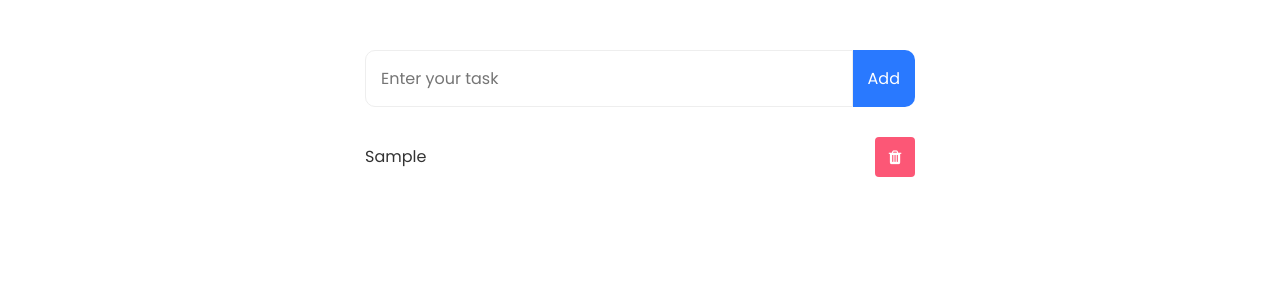
Repository: thuan711/All-about-JS
Page: todo-list.html
An editor plug-in stored every save of this project. The page is shown before and after the next save, followed by the edit.
The browser window is 1280 px wide. The pictures show the whole page.
Empty fields were first filled with sample values (such as "Sample", 5 or name@example.com).
After loading, the first visible `form.todo-form` was submitted once.

Above is the page before, as saved 2022-12-29 10:10:47.

### todo-list.html
<!DOCTYPE html>
<html lang="en">
  <head>
    <meta charset="UTF-8" />
    <meta http-equiv="X-UA-Compatible" content="IE=edge" />
    <title>Todo list</title>
    <link rel="preconnect" href="https://fonts.gstatic.com" />
    <link
      href="https://fonts.googleapis.com/css2?family=Poppins:wght@400;600&display=swap"
      rel="stylesheet"
    />
    <link
      rel="stylesheet"
      href="https://cdnjs.cloudflare.com/ajax/libs/font-awesome/4.7.0/css/font-awesome.min.css"
      integrity="sha512-SfTiTlX6kk+qitfevl/7LibUOeJWlt9rbyDn92a1DqWOw9vWG2MFoays0sgObmWazO5BQPiFucnnEAjpAB+/Sw=="
      crossorigin="anonymous"
    />
    <style>
        html {
            box-sizing: border-box;
          }
          * {
            margin: 0;
            padding: 0;
          }
          *,
          *:before,
          *:after {
            box-sizing: border-box;
          }
          input,
          textarea,
          select,
          button {
            outline: none;
          }
          input {
            line-height: normal;
          }
          label,
          button {
            cursor: pointer;
          }
          a {
            text-decoration: none;
          }
          img {
            display: block;
            max-width: 100%;
          }
          *,
          *:before,
          *:after {
            box-sizing: border-box;
          }
          /* using rem unit */
          html {
            font-size: 62.5%;
          }
          a {
            text-decoration: none;
          }
          img {
            display: block;
            max-width: 100%;
          }
          input,
          button,
          body {
            font-family: "Poppins", sans-serif;
            font-size: 16px;
            line-height: 1;
          }
          .todo {
            padding: 25px;
            margin: 25px auto;
            max-width: 600px;
          }
          .todo-form {
            width: 100%;
            display: flex;
          }
          .todo-submit {
            padding: 15px;
            border: 0;
            background-color: #2979ff;
            color: white;
            border-radius: 0 10px 10px 0;
            flex-shrink: 0;
          }
          .todo-input {
            width: 100%;
            border: 1px solid #eee;
            padding: 15px;
            border-radius: 10px 0 0 10px;
          }
          .todo-item {
            margin-top: 15px;
            display: flex;
            align-items: center;
            padding: 15px 0;
          }
          .todo-text {
            flex: 1;
            font-weight: 300;
            color: #333;
            display: inline-block;
            padding-right: 20px;
            white-space: nowrap;
            max-width: 100%;
            overflow: hidden;
            text-overflow: ellipsis;
            line-height: 1.4;
          }
          .todo-remove {
            flex-shrink: 0;
            width: 40px;
            height: 40px;
            background-color: #fc5776;
            color: white;
            border-radius: 4px;
            cursor: pointer;
            display: flex;
            justify-content: center;
            align-items: center;
          }
    </style>
  </head>
  <body>
    <div class="todo">
      <form class="todo-form" autocomplete="off">
        <input
          type="text"
          name="todo"
          placeholder="Enter your task"
          class="todo-input"
        />
        <button class="todo-submit" type="submit">Add</button>
      </form>
      <div class="todo-list">
        <!-- <div class="todo-item">
          <span class="todo-text">Learning english</span>
          <i class="fa fa-trash todo-remove" data-value="Learning english"></i>
        </div> -->
      </div>
    </div>
    <script src="event/todo-list.js"></script>
  </body>
</html>

### event/todo-list.js
window.addEventListener("load", function () {
    // Variables declaration
    const form = document.querySelector(".todo-form");
    const todoList = document.querySelector(".todo-list");
    let todos = JSON.parse(localStorage.getItem("todoList")) || [];
    // console.log("localStorage", localStorage);

    // console.log("todos", todos);
    if (Array.isArray(todos) && todos.length > 0) {
      [...todos].forEach((item) => createTodoItem(item));
    }
    function createTodoItem(title) {
      const template = `<div class="todo-item">
      <span class="todo-text">${title}</span>
      <i class="fa fa-trash todo-remove"></i>
    </div>`;
      todoList.insertAdjacentHTML("beforeend", template);
    }

    form.addEventListener("submit", function (e) {
      e.preventDefault();
      const todoVal = this.elements["todo"].value;
      if (!todoVal) return;
      // Main code
      createTodoItem(todoVal);
      todos.push(todoVal);
      localStorage && localStorage.setItem("todoList", JSON.stringify(todos));
      // save to localStorage
      this.elements["todo"].value = "";
    });

    // Handle remove todo
    todoList.addEventListener("click", function (e) {
      if (e.target.matches(".todo-remove")) {
        // remove todo in DOM
        const todo = e.target.parentNode;
        todo.parentNode.removeChild(todo);
        // remove todo in localStorage
        const todoText = e.target.previousElementSibling.textContent;
        const index = todos.findIndex((item) => item === todoText);
        todos.splice(index, 1);
        localStorage.setItem("todoList", JSON.stringify(todos));
      }
    });
  });

After the next save:
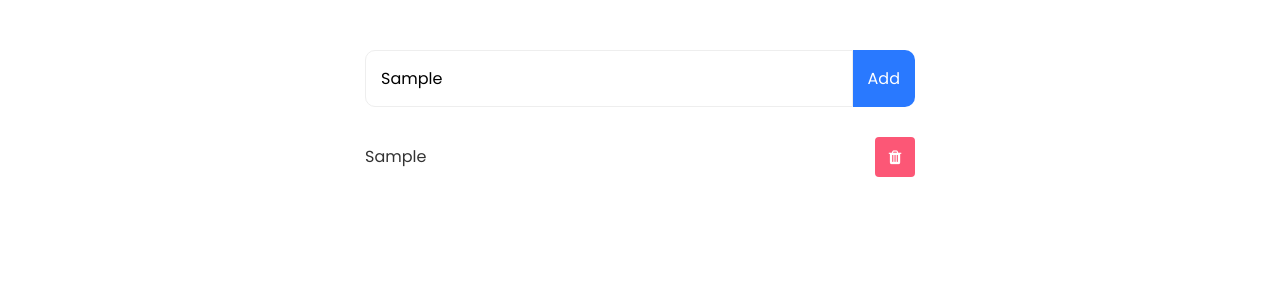
Console error: TypeError: Cannot read properties of null (reading 'push')
Saved 9 min 28 s later.
--- a/event/todo-list.js
+++ b/event/todo-list.js
@@ -1,45 +1,26 @@
-window.addEventListener("load", function () {
-    // Variables declaration
+window.addEventListener("load", function(){
     const form = document.querySelector(".todo-form");
     const todoList = document.querySelector(".todo-list");
-    let todos = JSON.parse(localStorage.getItem("todoList")) || [];
-    // console.log("localStorage", localStorage);
-
-    // console.log("todos", todos);
-    if (Array.isArray(todos) && todos.length > 0) {
-      [...todos].forEach((item) => createTodoItem(item));
+    let todos = localStorage ? JSON.parse(localStorage.getItem("todoList")) : [];
+    if(Array.isArray(todos) && todos.length > 0){
+        [...todos].forEach(item => createTodoItem(item));
     }
-    function createTodoItem(title) {
-      const template = `<div class="todo-item">
-      <span class="todo-text">${title}</span>
-      <i class="fa fa-trash todo-remove"></i>
-    </div>`;
-      todoList.insertAdjacentHTML("beforeend", template);
+    function createTodoItem (title){
+        const teamplate = `<div class="todo-item">
+        <span class="todo-text">${title}</span>
+        <i class="fa fa-trash todo-remove"></i>
+      </div>`;
+      todoList.insertAdjacentHTML("beforeend", teamplate);
     }
-
-    form.addEventListener("submit", function (e) {
-      e.preventDefault();
-      const todoVal = this.elements["todo"].value;
-      if (!todoVal) return;
-      // Main code
-      createTodoItem(todoVal);
-      todos.push(todoVal);
-      localStorage && localStorage.setItem("todoList", JSON.stringify(todos));
-      // save to localStorage
-      this.elements["todo"].value = "";
+    form.addEventListener("submit", function(e){
+        e.preventDefault();
+        const todoVal = this.elements["todo"].value;
+        if(!todoVal) return;
+        createTodoItem(todoVal);
+        todos.push(todoVal);
+        console.log(todos);
+        localStorage && localStorage.setItem("todoList", JSON.stringify(todos));
+        this.elements["todo"].value = "";
     });
 
-    // Handle remove todo
-    todoList.addEventListener("click", function (e) {
-      if (e.target.matches(".todo-remove")) {
-        // remove todo in DOM
-        const todo = e.target.parentNode;
-        todo.parentNode.removeChild(todo);
-        // remove todo in localStorage
-        const todoText = e.target.previousElementSibling.textContent;
-        const index = todos.findIndex((item) => item === todoText);
-        todos.splice(index, 1);
-        localStorage.setItem("todoList", JSON.stringify(todos));
-      }
-    });
-  });
+});
